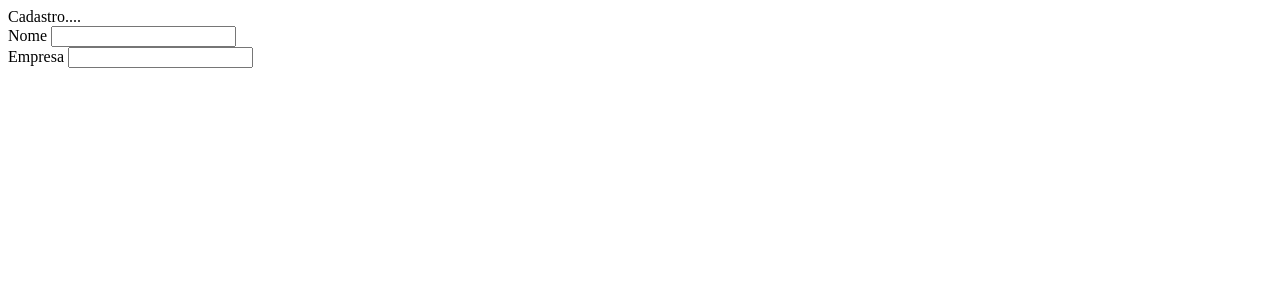
Repository: thiagodieb/curso-java-web
Page: http://localhost/Aula10/exemplo/cadastro.jsp
The author's editor kept a copy of each file at every save. The page is drawn from the files as they stood at one save, then again after the next save.
The browser window is 1280 px wide. The pictures show the whole page.
The page is served by Tomcat 9. Nobody is signed in. The application's start-up code is not run. Other server files are loaded and not shown.

Above is the page before, as saved 2013-03-05 23:11:18.

### java/x25/Aula10/WebContent/exemplo/cadastro.jsp
<%@ page language="java" contentType="text/html; charset=US-ASCII"
    pageEncoding="US-ASCII"%>
<!DOCTYPE html PUBLIC "-//W3C//DTD HTML 4.01 Transitional//EN" "http://www.w3.org/TR/html4/loose.dtd">
<html>
<head>
<meta http-equiv="Content-Type" content="text/html; charset=US-ASCII">
<title>Insert title here</title>
</head>
<body>
Cadastro....
<form>

	<label>Nome</label>
	<input type="text" name="nome"/> <br/>
	<label>Empresa</label>
	<input type="text" name="empresa"/><br/>
</form>
</body>
</html>

After the next save:
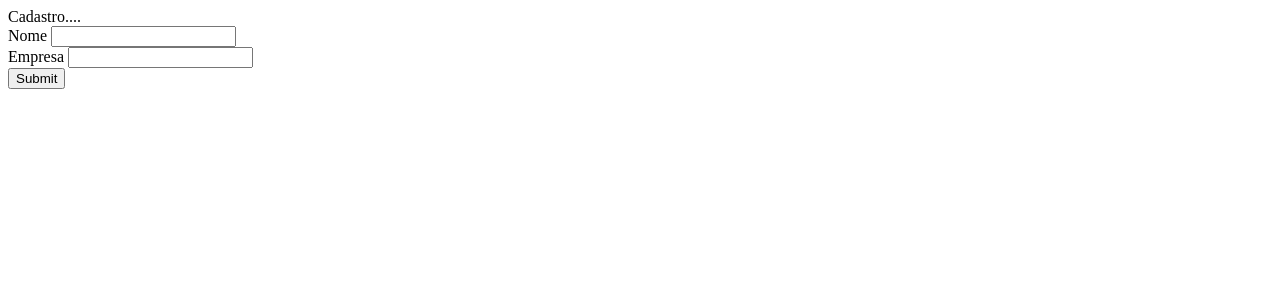
Saved 10 s later.
--- a/java/x25/Aula10/WebContent/exemplo/cadastro.jsp
+++ b/java/x25/Aula10/WebContent/exemplo/cadastro.jsp
@@ -14,6 +14,7 @@ Cadastro....
 	<input type="text" name="nome"/> <br/>
 	<label>Empresa</label>
 	<input type="text" name="empresa"/><br/>
+	<input type="submit"/>
 </form>
 </body>
 </html>
